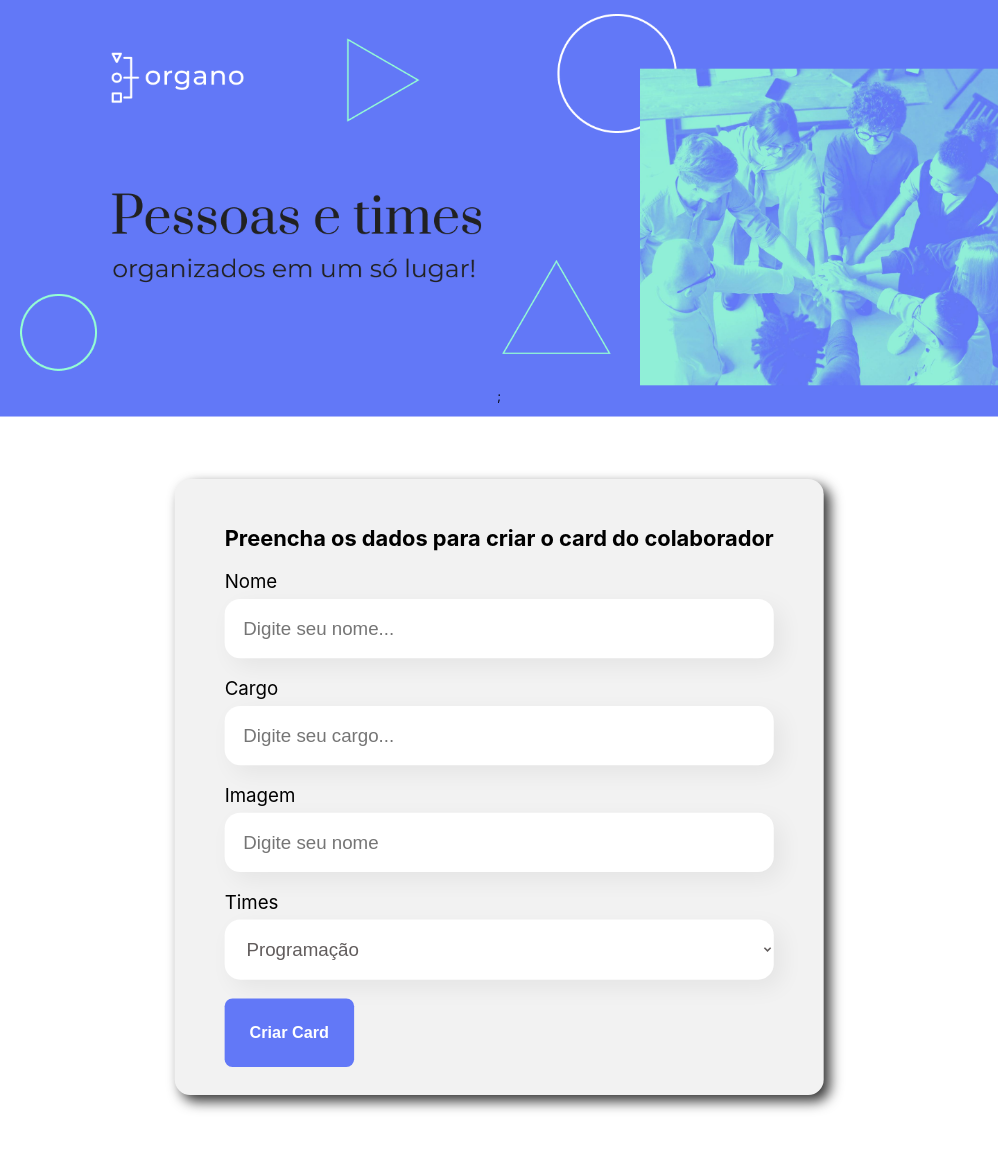
Repository: guilhermecardoso93/organo
Page: /
An editor plug-in stored every save of this project. The page is shown before and after the next save, followed by the edit.
The browser window is 1280 px wide. The pictures show the whole page, at 78% of full size.
The project was rebuilt for these pictures with package versions that can differ from the ones it lists, and the page was loaded fresh each time.

Above is the page before, as saved 2024-05-26 18:54:57.

### src/App.js
import { useState } from "react";
import { Banner } from "./components/Banner";
import { Form } from "./components/Form";

export default function App(handleChangeColaboradores) {
  const [colaboradores, setColaboradores] = useState([]);

  function handleNewColaboradores(colaborador) {
    setColaboradores([...colaboradores], colaborador);
    console.log(setColaboradores)
  }

  return (
    <div className="app">
      <Banner />
      <Form
        handleChangeColaboradores={(colaborador) =>
          handleNewColaboradores(colaborador)
        }
      />
    </div>
  );
}

### src/components/Banner/index.js
import BannerBackground from "../../assets/imagens/banner.png";
import "./styles.css";

export function Banner() {
  return (
    <header className="background-banner">
      <img src={BannerBackground} alt="Banner Principal da Página da Orgona" />;
    </header>
  );
}

### src/components/Form/index.js
import { useState } from "react";

import { Button } from "../Button";
import { Input } from "../Input";
import { ListDropDown } from "../ListDropDown";

import "./styles.css";

export function Form(props) {
  const times = [
    "Programação",
    "Front-End",
    "Data Science",
    "Devops",
    "UX e Design",
    "Mobile",
    " Inovação e Gestão",
  ];

  const [name, setName] = useState("");
  const [cargo, setCargo] = useState("");
  const [imagem, setImagem] = useState("");
  const [teams, setTeams] = useState([]);

  function handleSubmit(event) {
    event.preventDefault();
    props.handleChangeColaboradores({ name, cargo, imagem, teams });
  }
  return (
    <section className="form">
      <form onSubmit={handleSubmit}>
        <h2>Preencha os dados para criar o card do colaborador</h2>
        <Input
          label="Nome"
          obrigatorio
          placeholder="Digite seu nome..."
          value={name}
          valueChange={(value) => setName(value)}
        />
        <Input
          label="Cargo"
          obrigatorio
          placeholder="Digite seu cargo..."
          value={cargo}
          valueChange={(value) => setCargo(value)}
        />
        <Input
          label="Imagem"
          obrigatorio
          placeholder="Digite seu nome"
          value={imagem}
          valueChange={(value) => setImagem(value)}
        />
        <ListDropDown
          itens={times}
          label="Times"
          value={teams}
          valueChange={(value) => setTeams(value)}
        />
        <Button> Criar Card</Button>
      </form>
    </section>
  );
}

### src/components/Banner/styles.css
.background-banner {
  background-color: #6278f7;
  text-align: center;
  padding-bottom: 1rem;
}

.background-banner img {
  max-width: 100%;
}

### src/components/Button/index.js
import "./styles.css";

export function Button(props) {
  return <button>{props.children}</button>;
}

### src/components/Input/index.js
import "./styles.css";

export function Input({ label, placeholder, obrigatorio, value, valueChange }) {
  function handleTap(event) {
    valueChange(event.target.value);
  }

  return (
    <div className="campo-texto">
      <label>{label}</label>
      <input
        placeholder={placeholder}
        required={obrigatorio}
        onChange={handleTap}
        value={value}
      />
    </div>
  );
}

### src/components/ListDropDown/index.js
import "./styles.css";

export function ListDropDown({ label, itens, value, valueChange, required }) {
  return (
    <div className="list-dropdown">
      <label>{label}</label>
      <select
        required={required}
        value={value}
        onChange={(event) => valueChange(event.target.value)}
      >
        {itens.map((item, index) => {
          return <option key={index}>{item}</option>;
        })}
      </select>
    </div>
  );
}

### src/components/Form/styles.css
.form {
  display: flex;
  justify-content: center;
  margin: 80px 0;
}

.form form {
  max-width: 80%;
  background-color: #f2f2f2;
  border-radius: 20px;
  padding: 36px 64px;
  box-shadow: 8px 8px 16px rgba(0,0,0, 0.8);
}

h2 {
  font-size: 1.75rem;
}

### src/components/Button/styles.css
button {
  background-color: #6278f7;
  color: white;
  border: none;
  border-radius: 10px;
  font-size: 1.3rem;
  font-weight: bold;
  padding: 32px;
  cursor: pointer;
}

button:hover {
  background-color: white;
  color: #6278f7;
  border: 4px solid #6278f7;
  padding: 28px;
}

### src/components/Input/styles.css
.campo-texto {
  display: flex;
  flex-direction: column;
  margin: 24px 0;
}

.campo-texto label {
  display: block;
  margin-bottom: 8px;
  font-size: 24px;
  font-weight: semi-bold;
}

.campo-texto input {
  background-color: #fff;
  box-shadow: 10px 10px 30px rgba(0, 0, 0, 0.06);
  width: 100%;
  border: none;
  font-size: 24px;
  padding: 24px;
  box-sizing: border-box;
  border-radius: 20px;
}

### src/components/ListDropDown/styles.css
.list-dropdown {
  display: flex;
  flex-direction: column;
  margin: 24px 0;
}

.list-dropdown label {
  display: block;
  margin-bottom: 8px;
  font-size: 24px;
  font-weight: semi-bold;
}

.list-dropdown select {
  background-color: #fff;
  box-shadow: 10px 10px 30px rgba(0, 0, 0, 0.06);
  width: 100%;
  border: none;
  font-size: 24px;
  padding: 24px;
  box-sizing: border-box;
  border-radius: 20px;
  color: #615c5c;
}

### src/components/Times/index.js
export function Times() {
  return (
    <div>
      <h2>Times</h2>
      <ul></ul>
    </div>
  )
}

Loaded but not shown: public/index.html (common file); src/index.js (common file); src/index.css (common file)

After the next save:
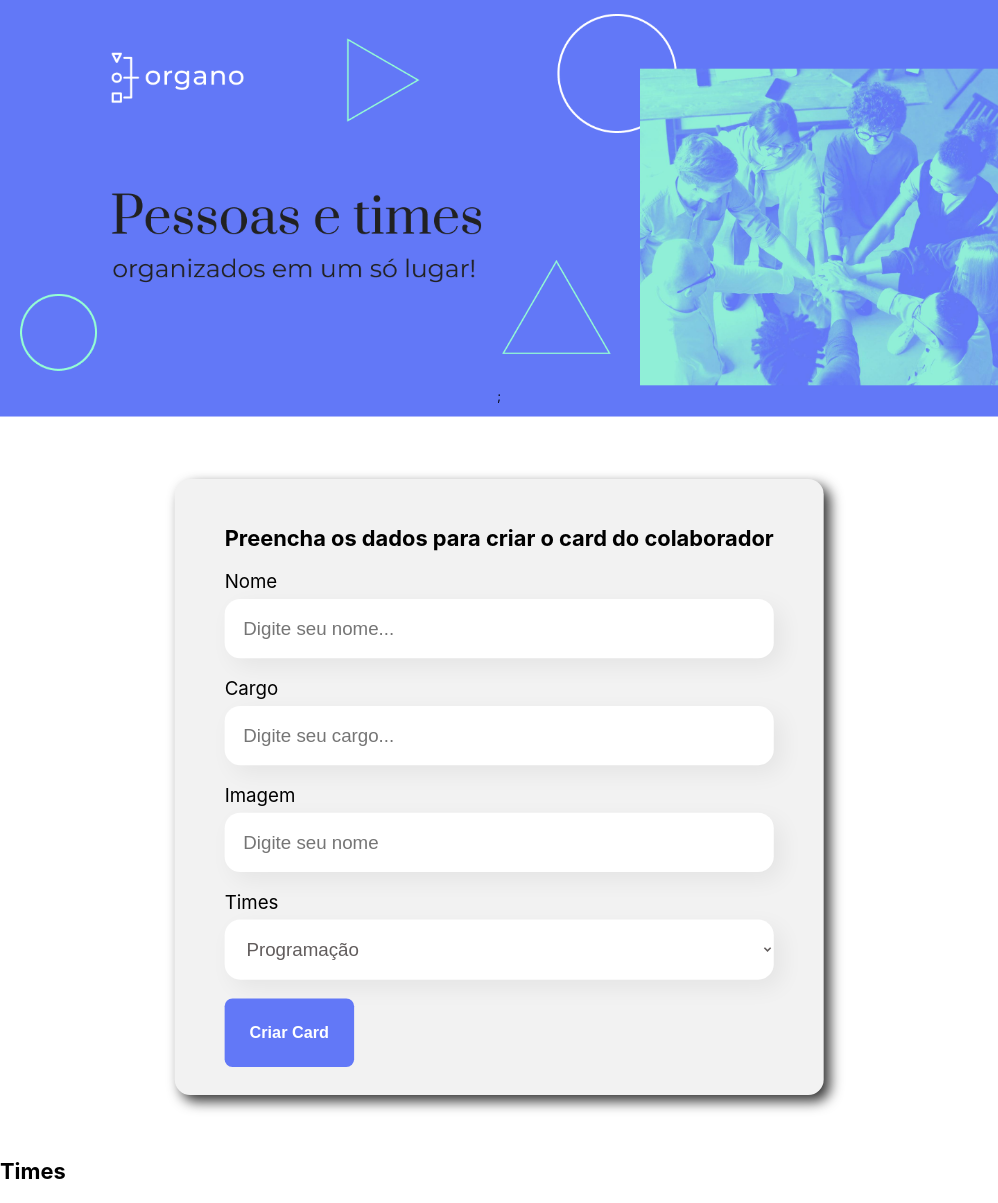
Saved 22 s later.
--- a/src/App.js
+++ b/src/App.js
@@ -1,6 +1,7 @@
 import { useState } from "react";
 import { Banner } from "./components/Banner";
 import { Form } from "./components/Form";
+import { Times } from "./components/Times";
 
 export default function App(handleChangeColaboradores) {
   const [colaboradores, setColaboradores] = useState([]);
@@ -18,6 +19,7 @@
           handleNewColaboradores(colaborador)
         }
       />
+      <Times />
     </div>
   );
 }
